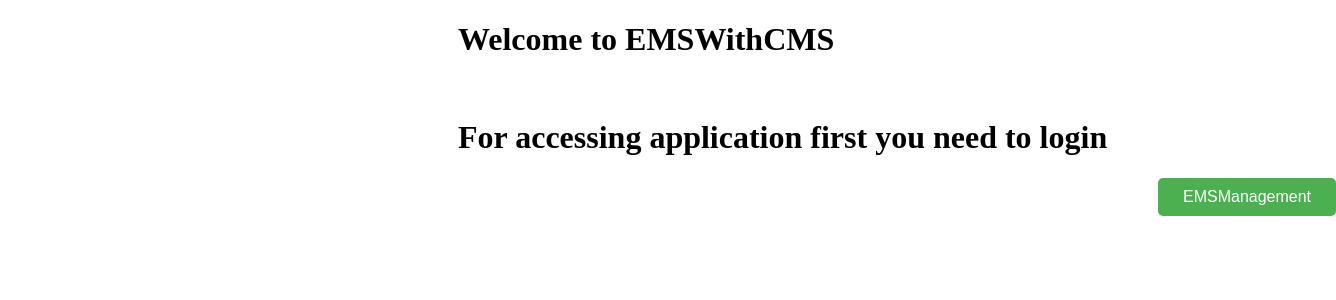
Repository: varnittyagi120/javaproject2
Page: eclipse-workspaceone/CMSWithEMSUsingServletInOptmiseWay/WebContent/index.html
The author's editor kept a copy of each file at every save. The page is drawn from the files as they stood at one save, then again after the next save.
The browser window is 1280 px wide. The page is 1336 px wide, so the pictures cover 1336 px, including what lies to the right of the window. The pictures show the whole page.

Above is the page before, as saved 2019-11-19 09:25:09.

After the next save:
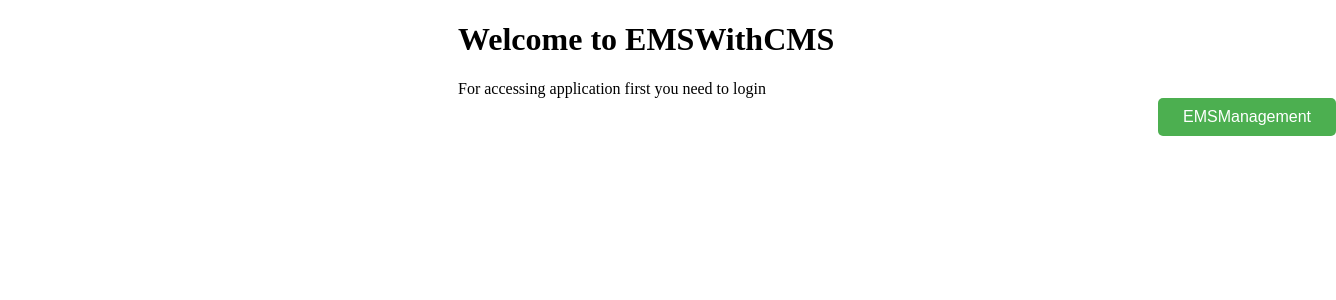
Saved 29 s later.
--- a/eclipse-workspaceone/CMSWithEMSUsingServletInOptmiseWay/WebContent/index.html
+++ b/eclipse-workspaceone/CMSWithEMSUsingServletInOptmiseWay/WebContent/index.html
@@ -17,8 +17,7 @@
 </style>
 <body>
         <h1 style='margin-left:450px'>Welcome to EMSWithCMS</h1>
-        <br>
-        <h1 style='margin-left:450px'>For accessing application first you need to login</h1>
+        <h style='margin-left:450px'>For accessing application first you need to login</h>
 	    <a href = "StartOfEMS"><button style='margin-left:1150px'class="button" >EMSManagement</button></a><br><br>
 </body>
 </html>
